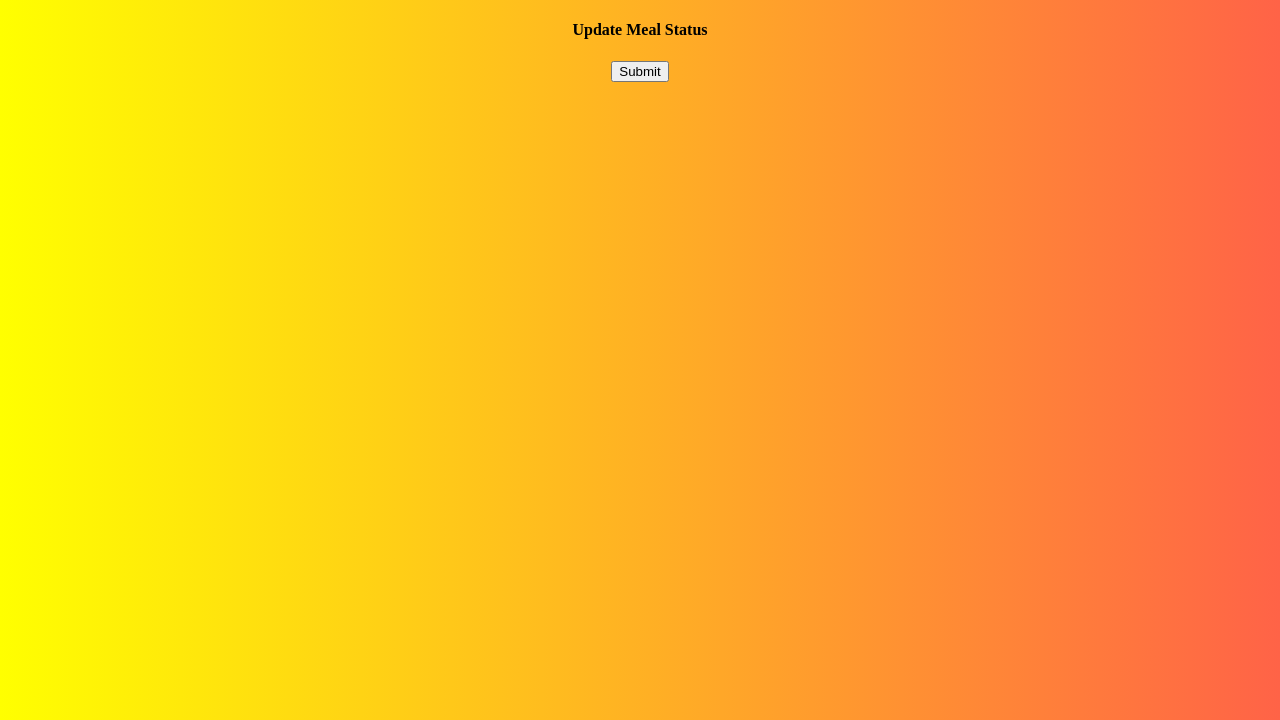
Repository: selvakumar46/Project-Maven
Page: http://localhost/ProjectKFC/Update.jsp
An editor plug-in stored every save of this project. The page is shown before and after the next save, followed by the edit.
The browser window is 1280 px wide. The pictures show the whole page.
The page is served by Tomcat 9. Nobody is signed in. The application's start-up code is not run. Other server files are loaded and not shown.

Above is the page before, as saved 2022-01-07 09:20:40.

### ProjectKFC/src/main/webapp/Update.jsp
<%@ page language="java" contentType="text/html; charset=ISO-8859-1"
	pageEncoding="ISO-8859-1"%>
<!DOCTYPE html>
<html>
<head>
<meta charset="ISO-8859-1">
<title>Update Admin</title>
<style>
body {
	background: linear-gradient(to right, yellow, tomato);
}

.container {
	margin-top: 270px;
}
</style>

</head>
<body>
	<center>
		<div>
			<form action="" method="post">
				<h4>Update Meal Status</h4>
				<button type="submit">Submit </button>
			</form>
		</div>
	</center>
</body>
</html>

After the next save:
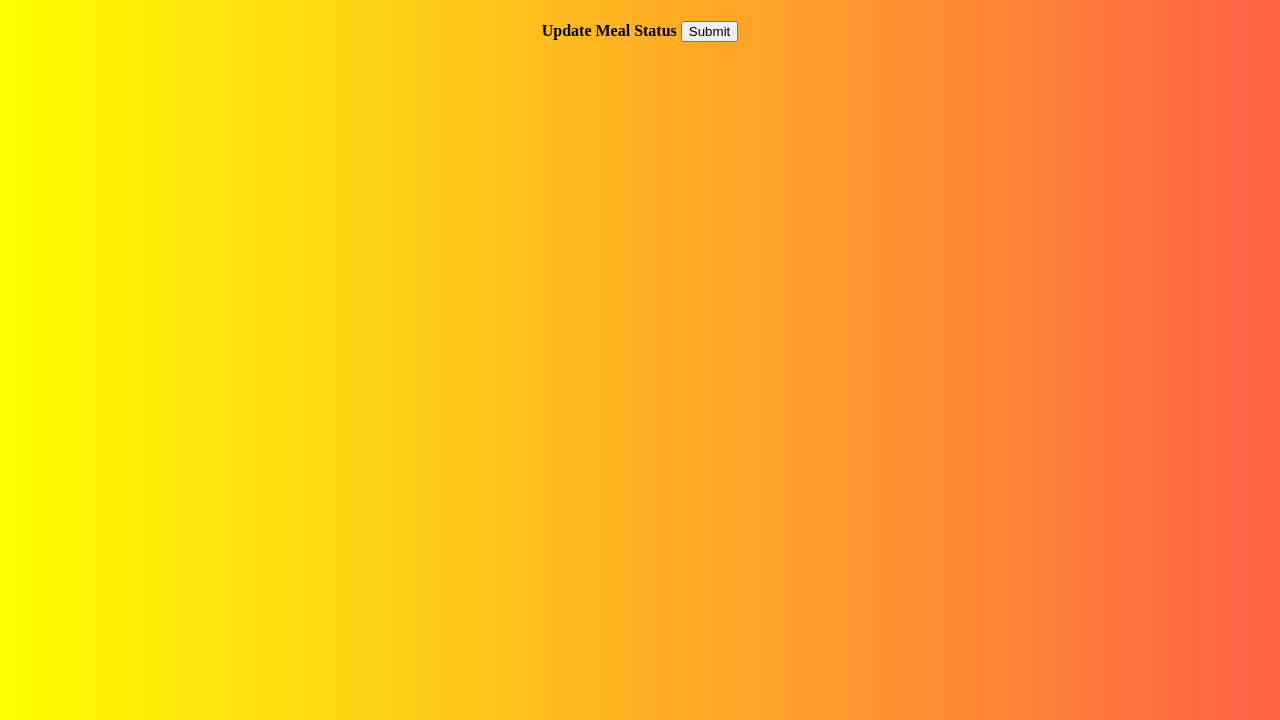
Saved 23 s later.
--- a/ProjectKFC/src/main/webapp/Update.jsp
+++ b/ProjectKFC/src/main/webapp/Update.jsp
@@ -20,8 +20,8 @@
 	<center>
 		<div>
 			<form action="" method="post">
-				<h4>Update Meal Status</h4>
-				<button type="submit">Submit </button>
+				<h4>Update Meal Status
+				<button type="submit">Submit </button>	</h4>
 			</form>
 		</div>
 	</center>
